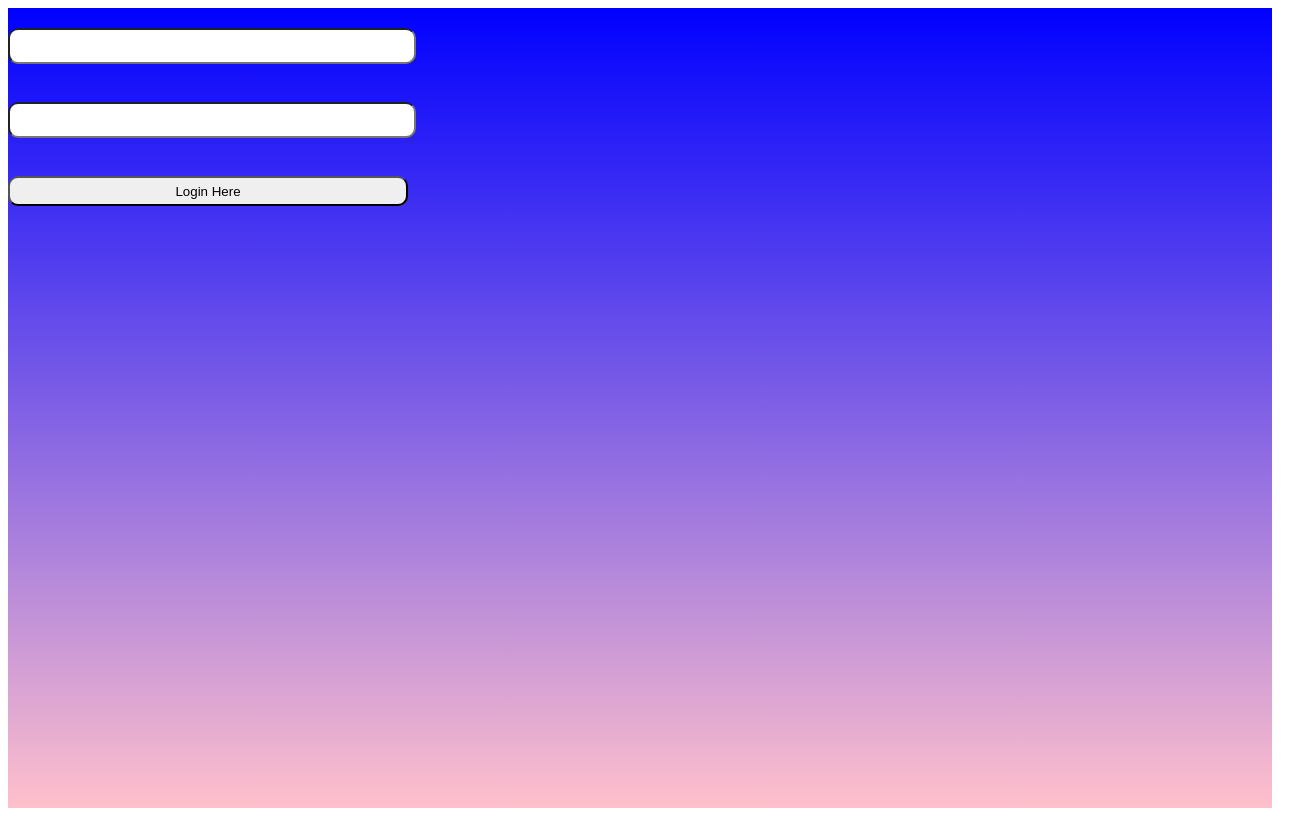
Repository: vaibhaokamble/MY_INSTITUTE_PUNE
Page: SERVLET/LoginServerApplication/src/main/webapp/login.html
These files come from the project's save history. The page is drawn as it stood at one moment and after the next save; the edit follows.
The browser window is 1280 px wide. The page is 1280 px wide, then 1292 px, so the pictures cover 1292 px, including what lies to the right of the window. The pictures show the whole page.

Above is the page before, as saved 2022-10-18 09:37:33.

### SERVLET/LoginServerApplication/src/main/webapp/login.html
<!DOCTYPE html>
<html>
<head>
<meta charset="UTF-8">
<title>Insert title here</title>
<link rel="stylesheet" href="css/style.css" />
</style>
</head>
<body>
	<form name='frm' action='login' method='POST'>
	<div class='container'>
		<input type='text' name='name' value='' class='control' /> <br>
		<br> <input type='password' name='pass' value='' class='control' />
		<br> <br> <input type='submit' name='s' value='Login Here'
			class='control' />
			</div>
</body>
</html>

### SERVLET/LoginServerApplication/src/main/webapp/css/style.css
@charset "UTF-8";

.container
{
	width: 100%;
	height: 800px;
	background-image: linear-gradient(blue,pink);
}
.control {
	width: 400px;
	height: 30px;
	border-radius:10px;
	margin-top:20px;
}

After the next save:
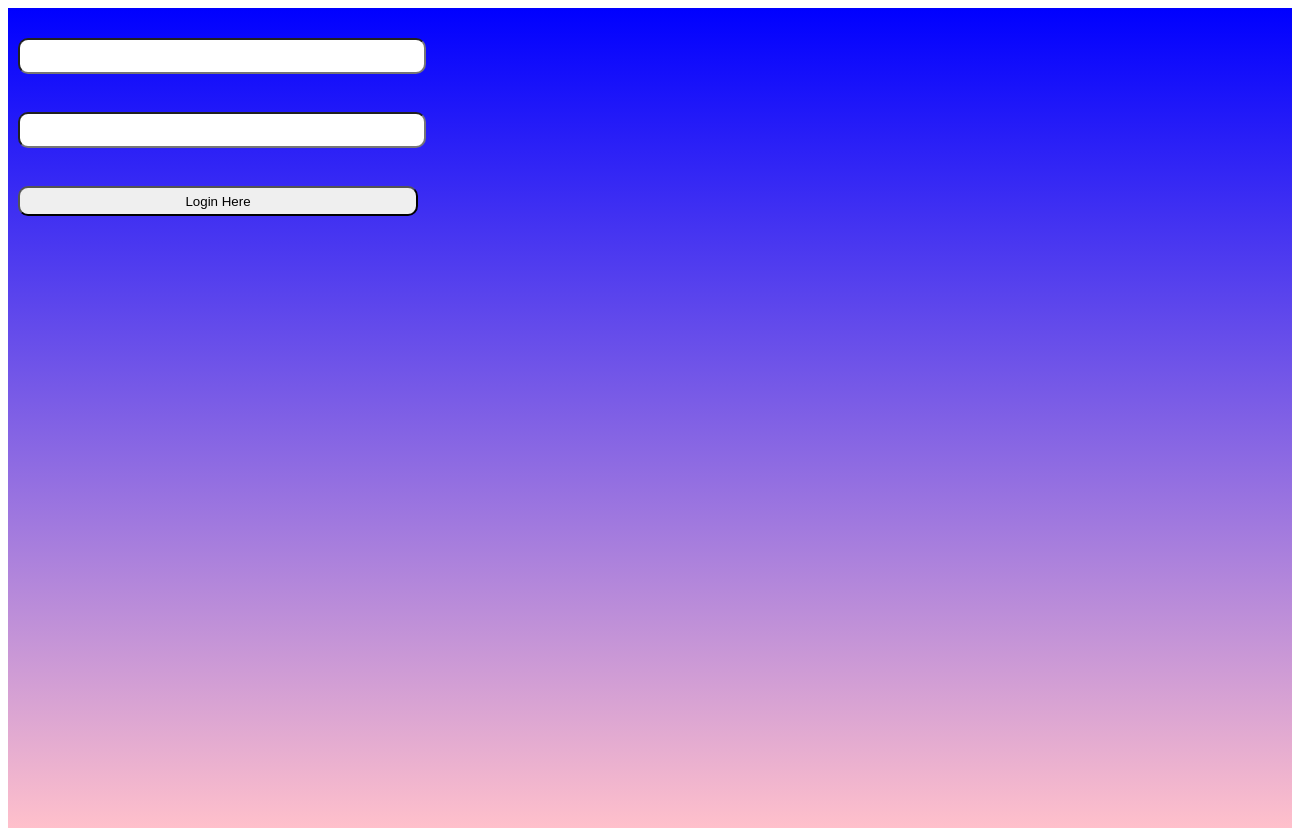
Saved 38 s later.
--- a/SERVLET/LoginServerApplication/src/main/webapp/css/style.css
+++ b/SERVLET/LoginServerApplication/src/main/webapp/css/style.css
@@ -5,6 +5,7 @@
 	width: 100%;
 	height: 800px;
 	background-image: linear-gradient(blue,pink);
+	padding:10px;
 }
 .control {
 	width: 400px;
